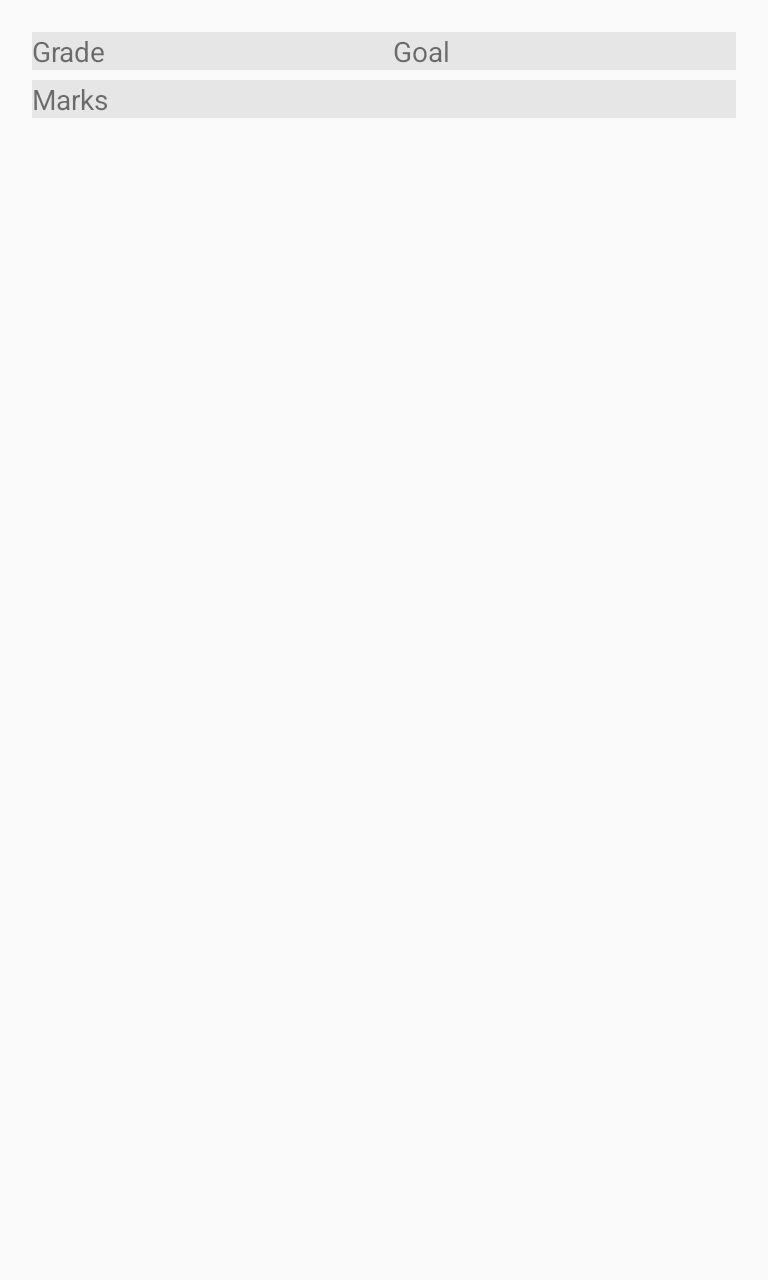
Repository: Tenergy05/GradePlanner
Layout: GradePlanner/res/layout/activity_view_course.xml
These files come from the project's save history. The layout is drawn as it stood at one moment and after the next save; the edit follows.
It is drawn on a 768 x 1280 px phone screen (xhdpi) without system bars, with theme AppTheme; the app's code is not run.

Above is the layout before, as saved 2015-01-02 23:03:31.

After the next save:
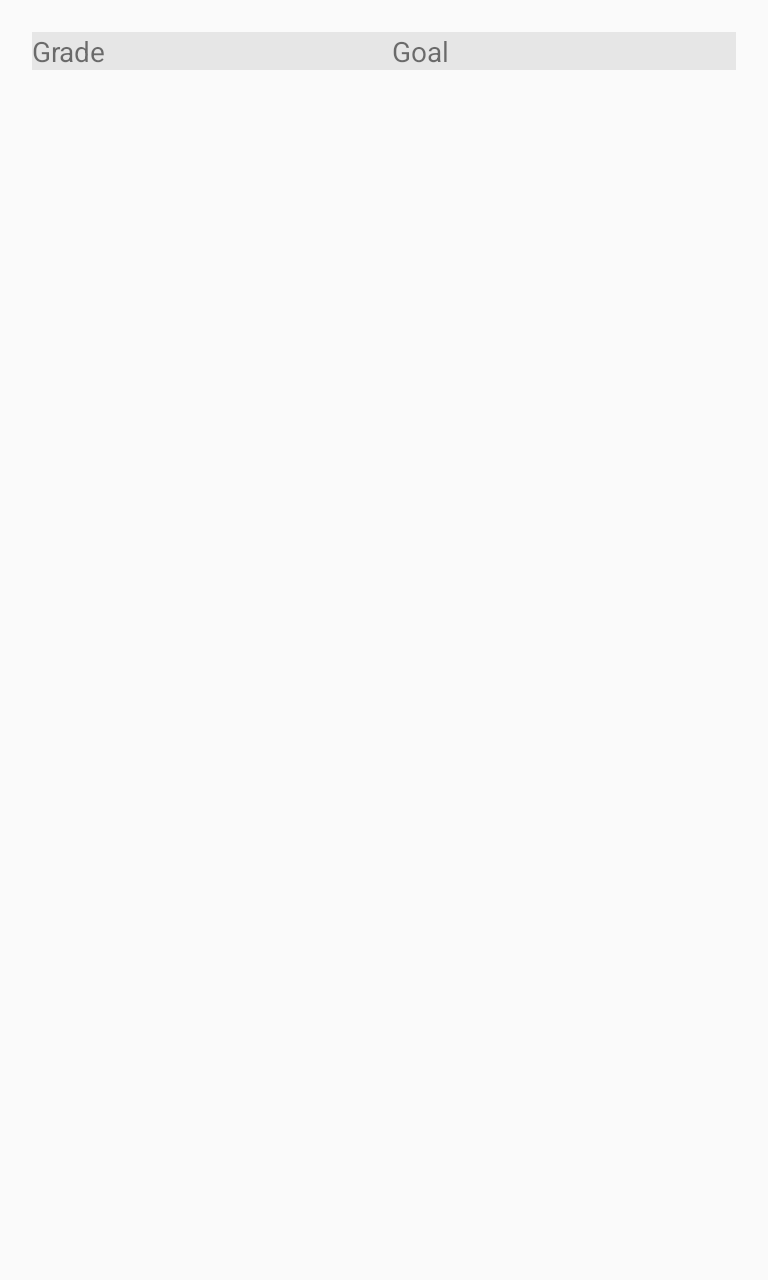
Saved 40 s later.
--- a/GradePlanner/res/layout/activity_view_course.xml
+++ b/GradePlanner/res/layout/activity_view_course.xml
@@ -28,10 +28,7 @@
         android:layout_height="wrap_content"
         android:layout_marginTop="5dp"
         android:background="@color/grey">
-
-        <TextView
-            android:text="@string/marks"
-            android:gravity="center"/>"
+        "
         "
     </TableRow>
 

After the 2 saves that followed:
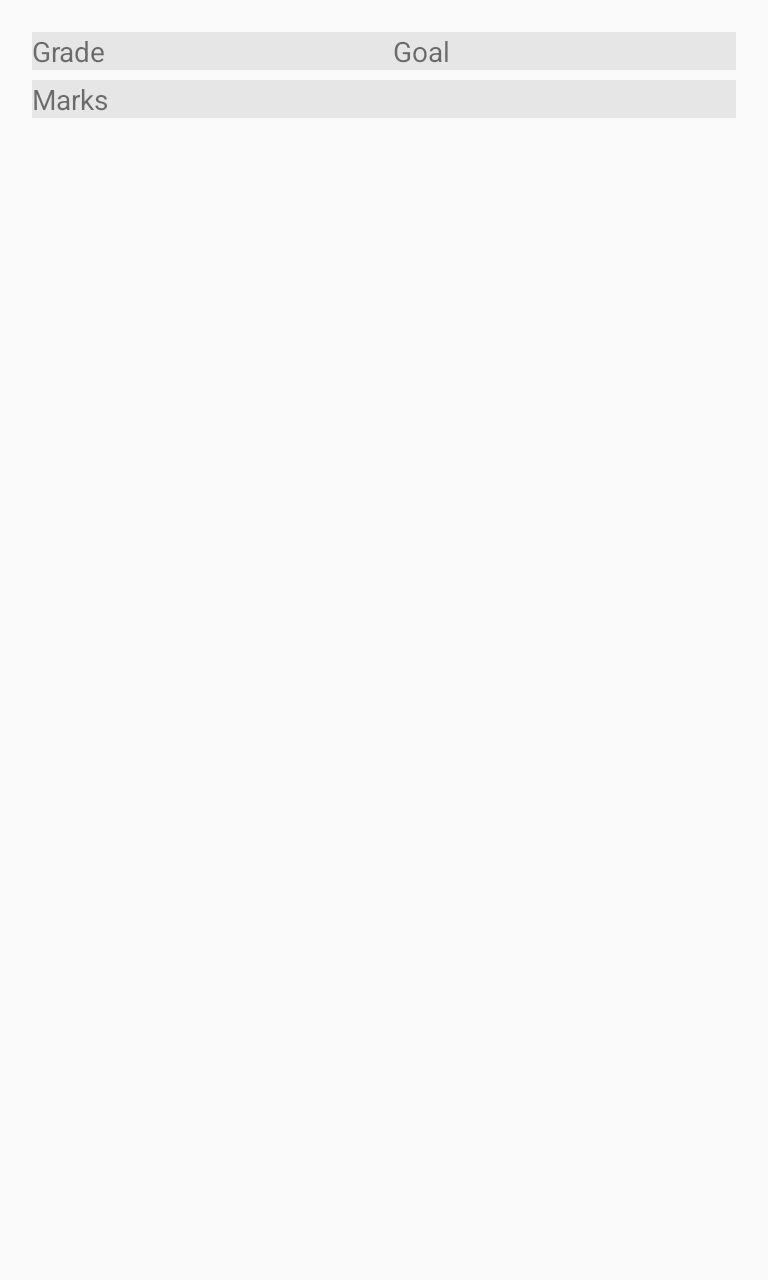
The 2 saves are shown as one change because 1 left the picture as it was.
The last was saved 95 s later.
--- a/GradePlanner/res/layout/activity_view_course.xml
+++ b/GradePlanner/res/layout/activity_view_course.xml
@@ -28,8 +28,9 @@
         android:layout_height="wrap_content"
         android:layout_marginTop="5dp"
         android:background="@color/grey">
-        "
-        "
+        <TextView
+            android:text="@string/marks"
+            android:gravity="center"/>
     </TableRow>
 
     <TableRow >
